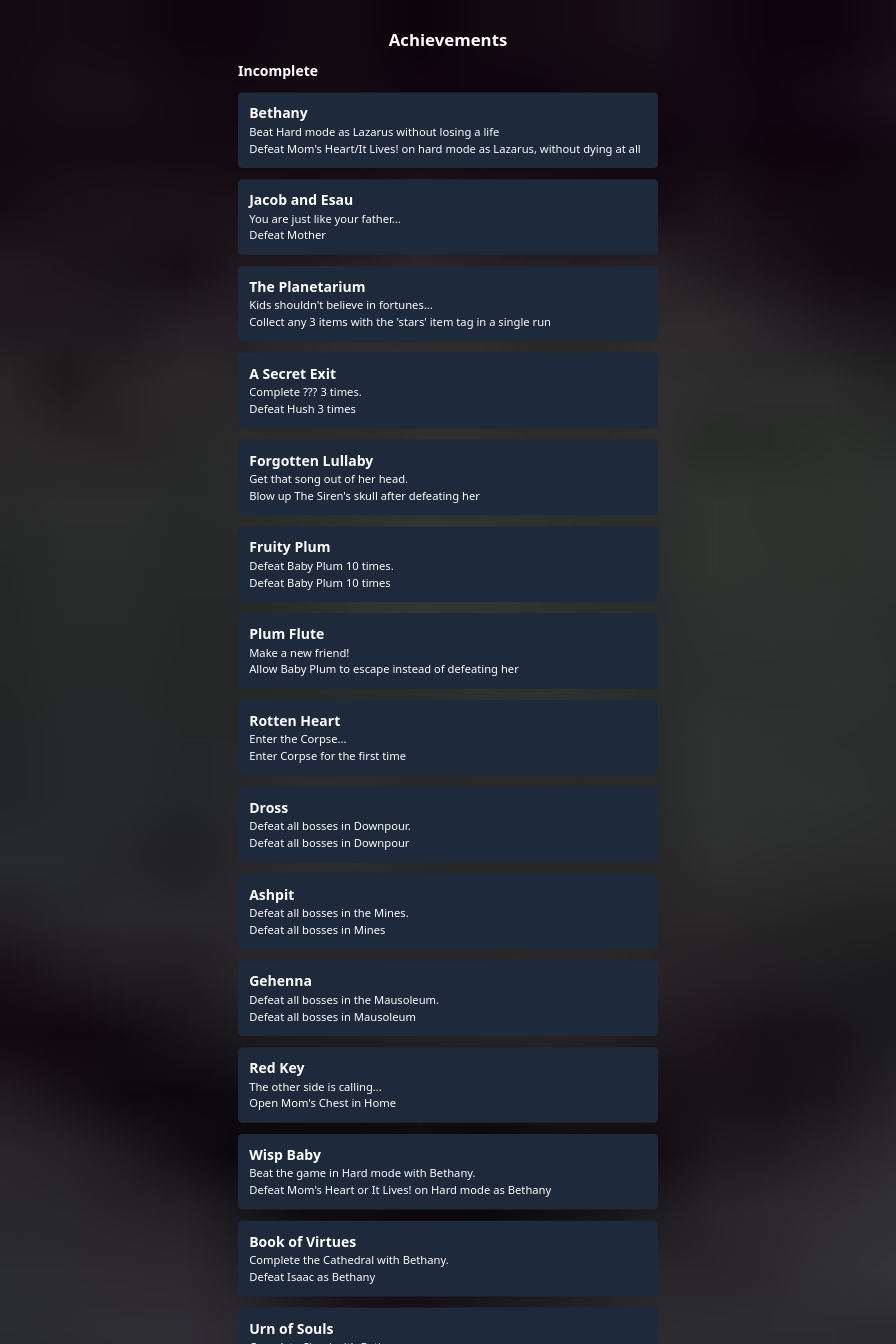
Repository: x9751/binding_of_issac_achivment_checklist
Page: /
These files come from the project's save history. The page is drawn as it stood at one moment and after the next save; the edit follows.
The browser window is 1280 px wide. The pictures show the part of the page from y = 0 to 1920 px (the page is 86392 px tall), at 70% of full size.
The project was rebuilt for these pictures with package versions that can differ from the ones it lists, and the page was loaded fresh each time. Also part of the build but not shown: vite.config.ts.

Above is the page before, as saved 2024-07-22 22:50:04.

After the next save:
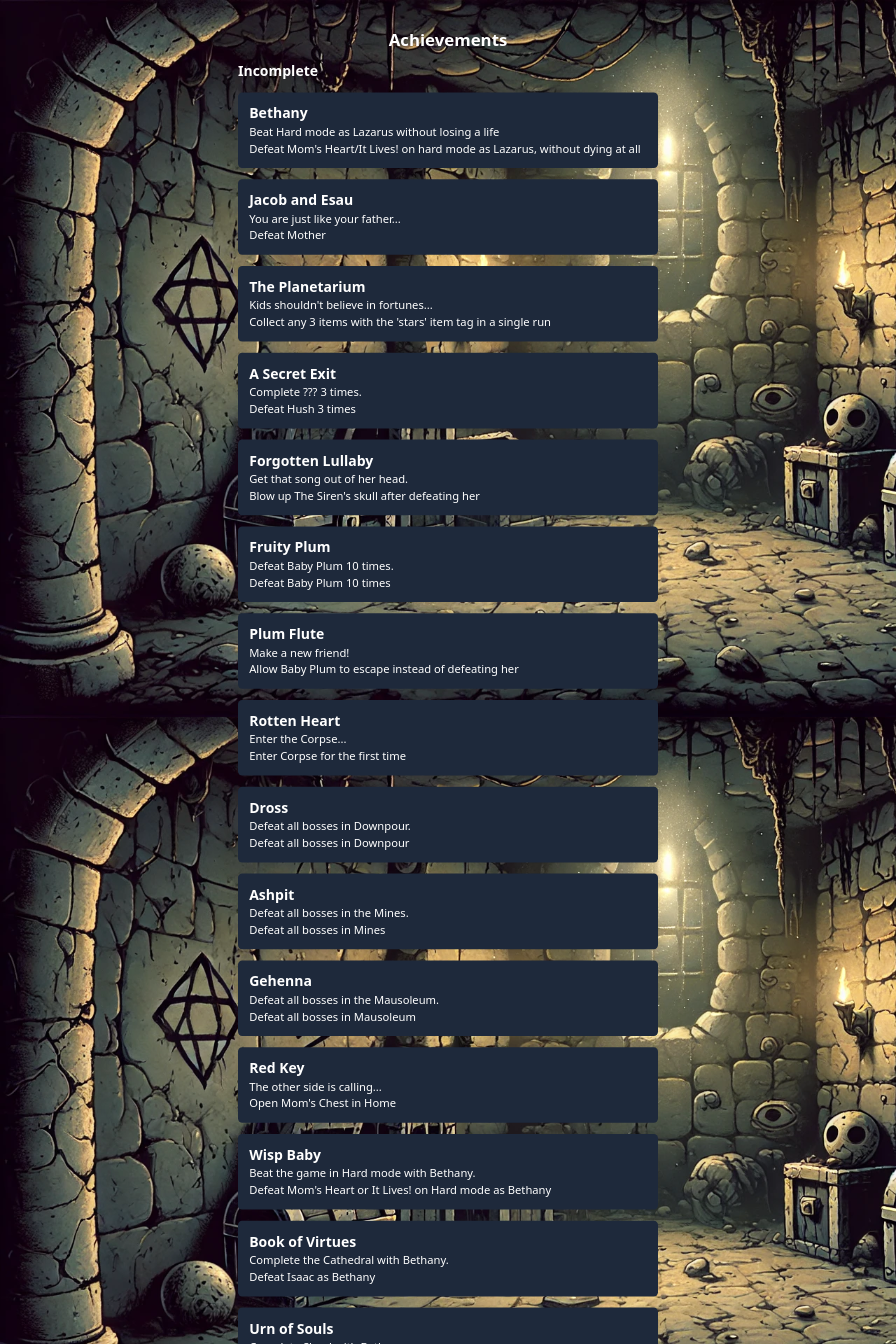
Saved 13 s later.
--- a/src/app.tsx
+++ b/src/app.tsx
@@ -19,7 +19,7 @@
 
 
 	return (
-		<main className="bg-slate-900 text-white min-h-screen flex flex-col bg-[url('/background.webp')] bg-cover bg-center bg-no-repeat">
+		<main className="bg-slate-900 text-white min-h-screen flex flex-col bg-[url('/background.webp')] bg-scroll">
 			<div className="container mx-auto px-4 sm:px-6 lg:px-8">
 				<div className="flex items-center justify-center mt-10">
 					<h1 className="text-2xl font-bold">Achievements</h1>
